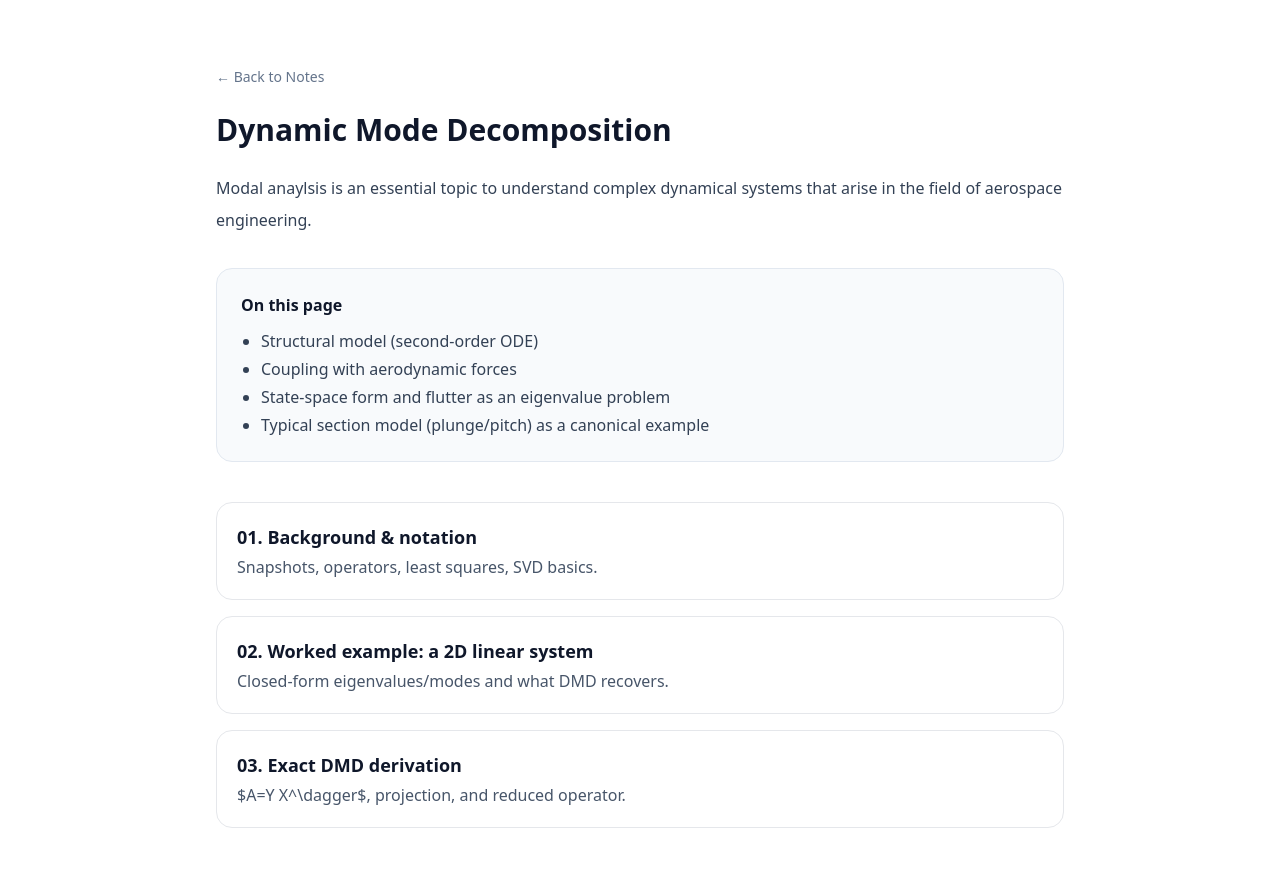
Repository: JWS625/JWS625.github.io
Page: notes/modal_analysis/index.html
The author's editor kept a copy of each file at every save. The page is drawn from the files as they stood at one save, then again after the next save.
The browser window is 1280 px wide. The pictures show the whole page.
Some web libraries are served in a nearby version.

Above is the page before, as saved 2026-02-20 17:59:46.

After the next save:
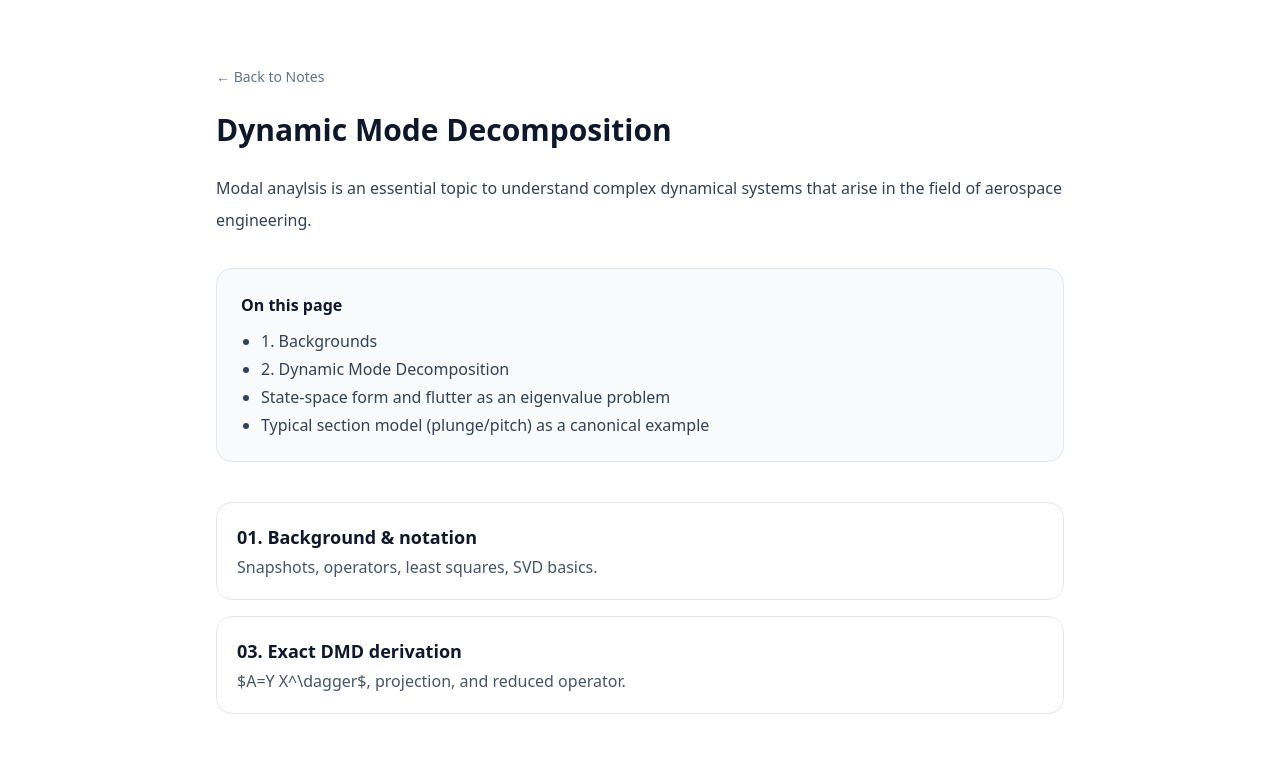
Saved 33 s later.
--- a/notes/modal_analysis/index.html
+++ b/notes/modal_analysis/index.html
@@ -15,15 +15,14 @@
   <p class="mt-6 leading-8 text-slate-700">
     Modal anaylsis is an essential topic to understand complex dynamical systems that arise in the field of aerospace
     engineering.
-
     </p>
 
     <!-- Quick outline -->
     <div class="mt-8 rounded-2xl border border-slate-200 p-6 bg-slate-50">
       <p class="font-semibold">On this page</p>
       <ul class="mt-3 list-disc pl-5 text-slate-700 space-y-1">
-        <li>Structural model (second-order ODE)</li>
-        <li>Coupling with aerodynamic forces</li>
+        <li>1. Backgrounds</li>
+        <li>2. Dynamic Mode Decomposition</li>
         <li>State-space form and flutter as an eigenvalue problem</li>
         <li>Typical section model (plunge/pitch) as a canonical example</li>
       </ul>
@@ -38,11 +37,6 @@
       <p class="mt-1 text-slate-600">Snapshots, operators, least squares, SVD basics.</p>
     </a>
 
-    <a href="02_2d_system.html" class="block p-5 border rounded-2xl hover:bg-slate-50">
-      <h2 class="text-lg font-semibold">02. Worked example: a 2D linear system</h2>
-      <p class="mt-1 text-slate-600">Closed-form eigenvalues/modes and what DMD recovers.</p>
-    </a>
-
     <a href="03_exact_dmd.html" class="block p-5 border rounded-2xl hover:bg-slate-50">
       <h2 class="text-lg font-semibold">03. Exact DMD derivation</h2>
       <p class="mt-1 text-slate-600">$A=Y X^\dagger$, projection, and reduced operator.</p>
